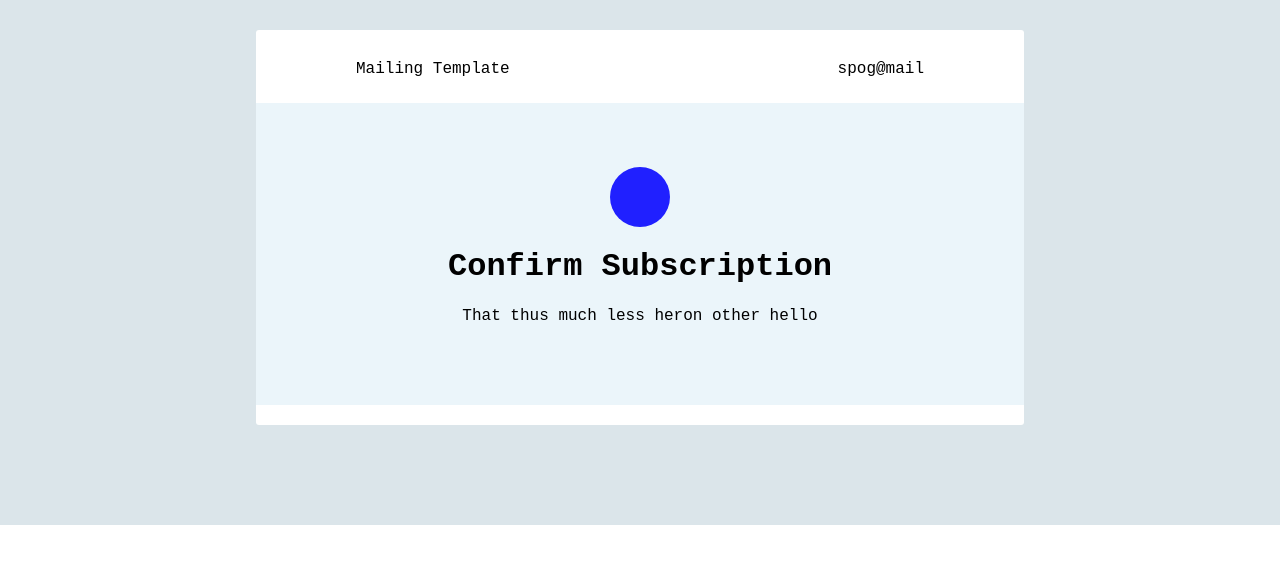
Repository: Lecon-Git/Appmail-Template
Page: mail.html
These files come from the project's save history. The page is drawn as it stood at one moment and after the next save; the edit follows.
The browser window is 1280 px wide. The pictures show the whole page.

Above is the page before, as saved 2021-11-01 21:40:44.

After the next save:
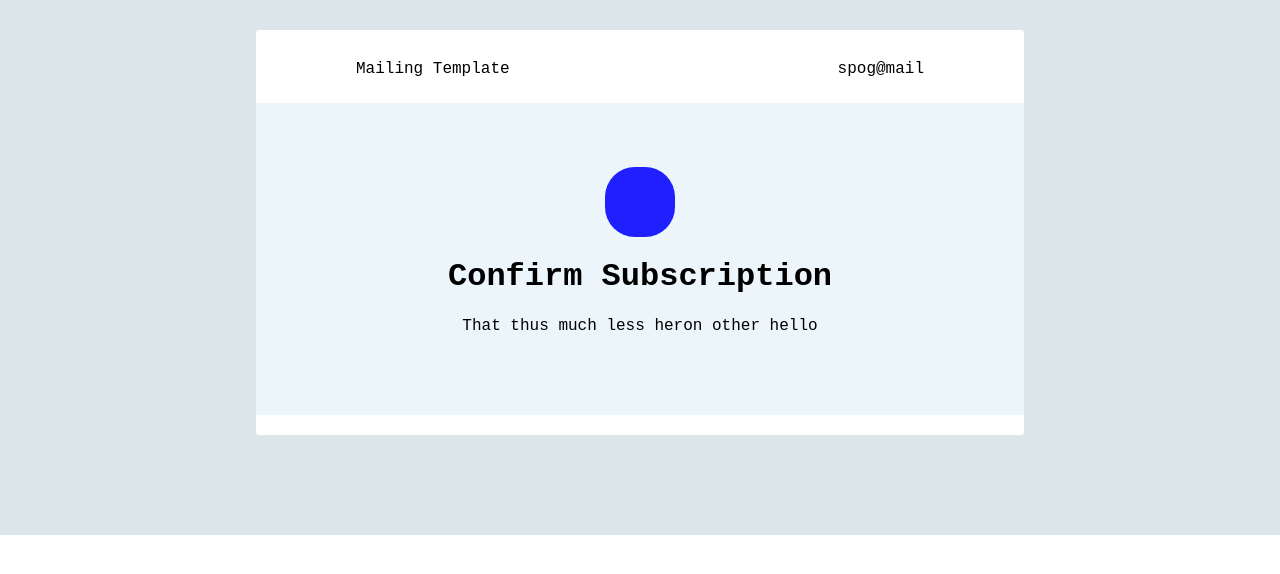
Saved 21 s later.
--- a/css/mail.css
+++ b/css/mail.css
@@ -39,8 +39,8 @@ body {
 }
 
 .circle {
-    width: 60px;
-    height: 60px;
+    width: 70px;
+    height: 70px;
     border-radius: 30px;
     background-color: #2020ff;
     margin: 0 auto;
